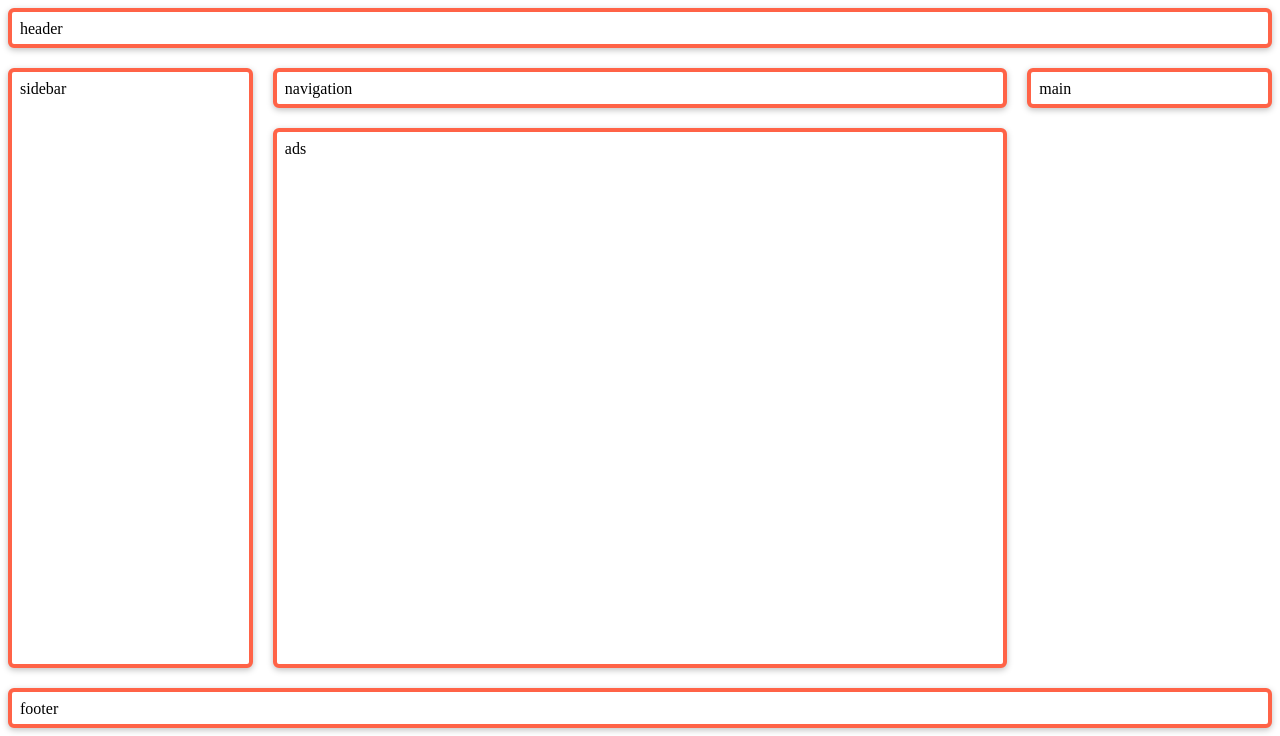
Repository: cokoduwa/css-layouts
Page: grid-exercises/03-page-layout/layout.html
The author's editor kept a copy of each file at every save. The page is drawn from the files as they stood at one save, then again after the next save.
The browser window is 1280 px wide. The pictures show the whole page.

Above is the page before, as saved 2022-09-30 21:54:39.

### grid-exercises/03-page-layout/layout.html
<!DOCTYPE html>
<html lang="en">
  <head>
    <meta charset="UTF-8" />
    <meta name="viewport" content="width=device-width, initial-scale=1.0" />
    <title>Grid, devchallenge.io - Task 3.1</title>

    <link rel="stylesheet" href="style.css" />
  </head>
  <body>
    <div class="container">

      <div class="item header">header</div>

      <div class="item navigation">navigation</div>

      <div class="item main">main</div>

      <div class="item sidebar">sidebar</div>

      <div class="item ads">ads</div>

      <div class="item footer">footer</div>

    </div>
  </body>
</html>

### grid-exercises/03-page-layout/style.css
.item {
  padding: 8px;
  background-color: white;
  border: 4px solid tomato;
  border-radius: 6px;
  box-shadow: 0px 2px 6px rgba(0, 0, 0, 0.25);
}

.container {
  display: grid;
  grid-template-columns: 1fr 3fr 1fr;
  grid-template-rows: 40px 40px auto 40px;
  row-gap: 20px;
  column-gap: 20px;
  min-height: 100vh;
}

.header {
  grid-column-start: 1;
  grid-column-end: 4;
  grid-row-start: 1;
}

.sidebar {
  grid-column-start: 1;
  grid-row-start: 2;
  grid-row-end: 4;
}

.footer {
  grid-column-start: 1;
  grid-column-end: 4;
}

After the next save:
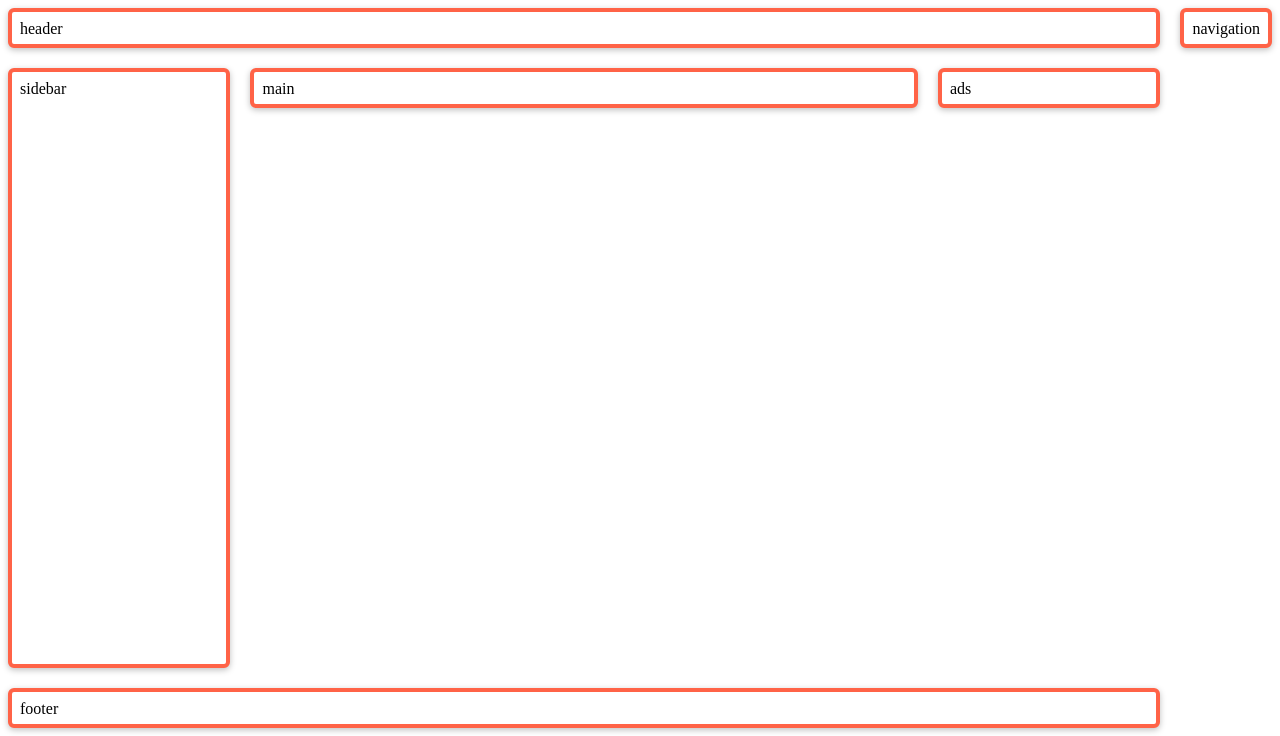
Saved 67 s later.
--- a/grid-exercises/03-page-layout/style.css
+++ b/grid-exercises/03-page-layout/style.css
@@ -27,6 +27,10 @@
   grid-row-end: 4;
 }
 
+.navigation {
+  grid-column-start: 4;
+}
+
 .footer {
   grid-column-start: 1;
   grid-column-end: 4;
